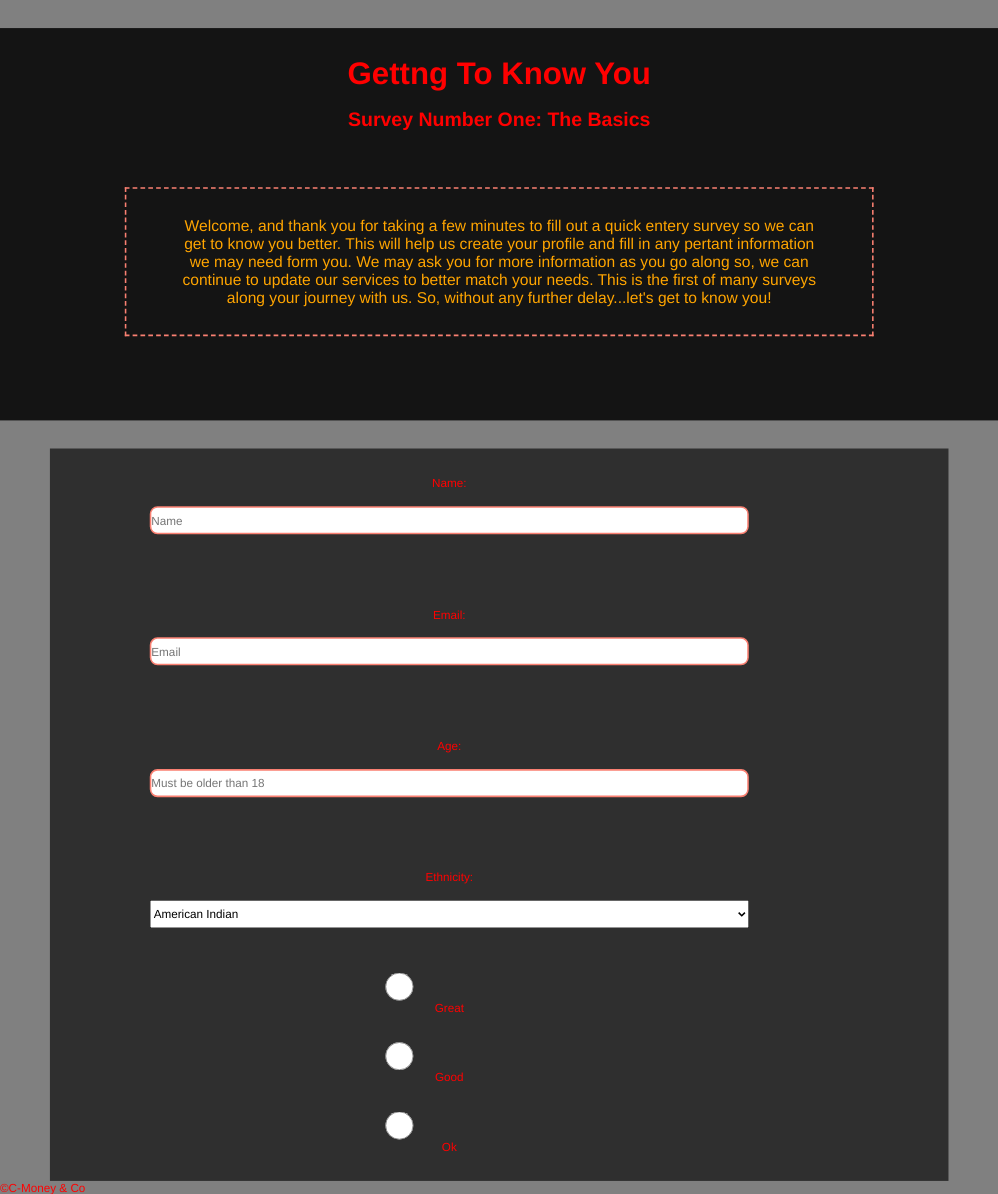
Repository: ctcoleman/surveyForm
Page: index.html
The author's editor kept a copy of each file at every save. The page is drawn from the files as they stood at one save, then again after a run of saves.
The browser window is 1280 px wide. The pictures show the whole page, at 78% of full size.

Above is the page before, as saved 2020-06-28 14:34:50.
Console error: TypeError: Cannot read properties of null (reading 'addEventListener')

### index.html
<!DOCTYPE html>
<html lang="en">

<!-- Head -->

<head>
  <meta name="description" content="Survey Form Example Project">
  <meta name="author" content="Christopher Coleman">
  <meta name="title" content="Survey Form Project">
  <meta name="keywords" content="Survey, Forms, HTML, CSS, Example, Project" <meta name="viewport"
    content="width=device-width, initial-scale=1.0">
  <meta charset="UTF-8">
  <link rel="stylesheet" type="text/css" href="/assets/stylesheets/index.css">
  <title>Survey Form Project</title>
</head>

<!-- Body -->

<body>


  <!-- Main Content-->
  <main id="main">

    <!-- Header -->
    <header id="titleHeading" class="heading">
      <h1 id="title">Gettng To Know You</h1>
      <h2>Survey Number One: The Basics</h2>
      <section class="descriptionSection">
        <p id="description">Welcome, and thank you for taking a few minutes to fill out a quick entery survey so we can get to know you better. This will help us create your profile and fill in any pertant information we may need form you. We may ask you for more information as you go along so, we can continue to update our services to better match your needs. This is the first of many surveys along your journey with us. So, without any further delay...let's get to know you!</p>
      </section>
    </header>

    <!-- Survey Form -->
    <form id="survey-form" class="formWrapper" action="#" method="post">
      <!-- Name -->
      <div class="formEntery nameEntery">
        <label for="name-label">Name:</label>
        <input type="text" id="name" name="user_name" placeholder="Name" required>
      </div>
      <!-- E-Mail -->
      <div class="formEntery emailEntery">
        <label for="email-label">Email:</label>
        <input type="email" id="email" name="user_email" placeholder="Email" required>
      </div>
      <!-- Number -->
      <div class="formEntery numberEntery">
        <label for="number-label">Age:</label>
        <input type="number" id="number" placeholder="Must be older than 18" min="18" max="150">
      </div>
      <!-- Dropdown -->
      <div id="dropDownEntery" class="formEntery">
        <label for="dropdown-label">Ethnicity:</label>
        <select type="dropdown" id="dropdown" placeholder="Select from the following" required>
          <option value="americanIndian">American Indian</option>
          <option value="asian">Asian</option>
          <option value="africanAmerican">African American</option>
          <option value="hispanic">Hispanic</option>
          <option value="pacificIslander">Pacific Islander</option>
          <option value="white">White</option>
      </div>
      <!-- Radio Buttons -->
      <div id="radioButtons" class="formEntery radioButtons">

        <input class="radio" type="radio" id="radioGreat" name="radio" value="Great">
        <label for="radioGreat">Great</label>

        <input class="radio" type="radio" id="radioGood" name="radio" value="Good">
        <label for="radioGood">Good</label>

        <input class="radio" type="radio" id="radioOk" name="radio" value="Ok">
        <label for="radioOk">Ok</label>

      </div>
    </form>

    <!-- Footer -->
    <footer>
      <p>&copy;C-Money & Co</p>
    </footer>
  </main>

  <script>
    const btn = document.querySelector('button');
    const txt = document.querySelector('p')

    btn.addEventListener('click', updateBtn);

    function updateBtn() {
      if (btn.textContent === 'I am a button') {
        btn.textContent = 'I am a new button';
        txt.textContent = 'New Lorem Ipsum';
      } else {
        btn.textContent = 'I am a button';
        txt.textContent = 'Lorem Ipsum'
      }
    }
  </script>
  <script>url('https://cdn.freecodecamp.org/testable-projects-fcc/v1/bundle.js')</script>
</body>

</html>

### assets/stylesheets/index.css
/*
=== Basic Styling ===
*/

* {
  margin: 0;
  padding: 0;
  outline: 0;
  box-sizing: border-box;
  font-size: 62.5%
}

body {
 background: grey;
 background-size: contain;
 color: red;
 -webkit-font-smoothing: antialiased;
}

body, label, select, p, a, input, button, option {
  font-size: 1.5rem;
  font-family: 'Helvetica';
}

h1 {
  font-size: 4rem;
  text-align: center;
}

h2 {
  font-size: 2.5rem;
  text-align: center;
}

button {
 cursor: pointer;
}

/*
=== Header Styling ===
*/

header {
  margin: 5vh 0;
  padding: 5vh 0;
  background: rgba(0, 0, 0, 0.849);
  width: 100vw;
}
#title {
  margin-bottom: 3vh;
}
#description {
  font-size: 2rem;
  text-align: center;
  width: 75vw;
  margin: 10vh 12.5vw;
  padding: 5vh 5vw;
  border: 2px dashed salmon;
  color: orange;
}

/*
=== Form Styling ===
*/

#survey-form {
  display: flex;
  flex-direction: column;
  align-items: flex-end;
  justify-content: space-around;
  margin: 0 5vw;
  background: rgba(0, 0, 0, 0.637);
}

.formWrapper .formEntery {
  margin: 5vh 0;
  width: 100vw;
  display: flex;
  flex-direction: column;
  align-items: center;
}

.formEntery .radio {
  font-size: 2rem;
  margin: 5vh 15vw 0;
  align-self: flex-start;
}

.formEntery input {
  width: 60vw;
  margin: 3vh 20vw;
  height: 5vh;
  border: 2px solid salmon;
  border-radius: 10px;
}

.formEntery select {
  width: 60vw;
  margin: 3vh 20vw;
  height: 5vh;
}

#drop

After the next 3 saves:
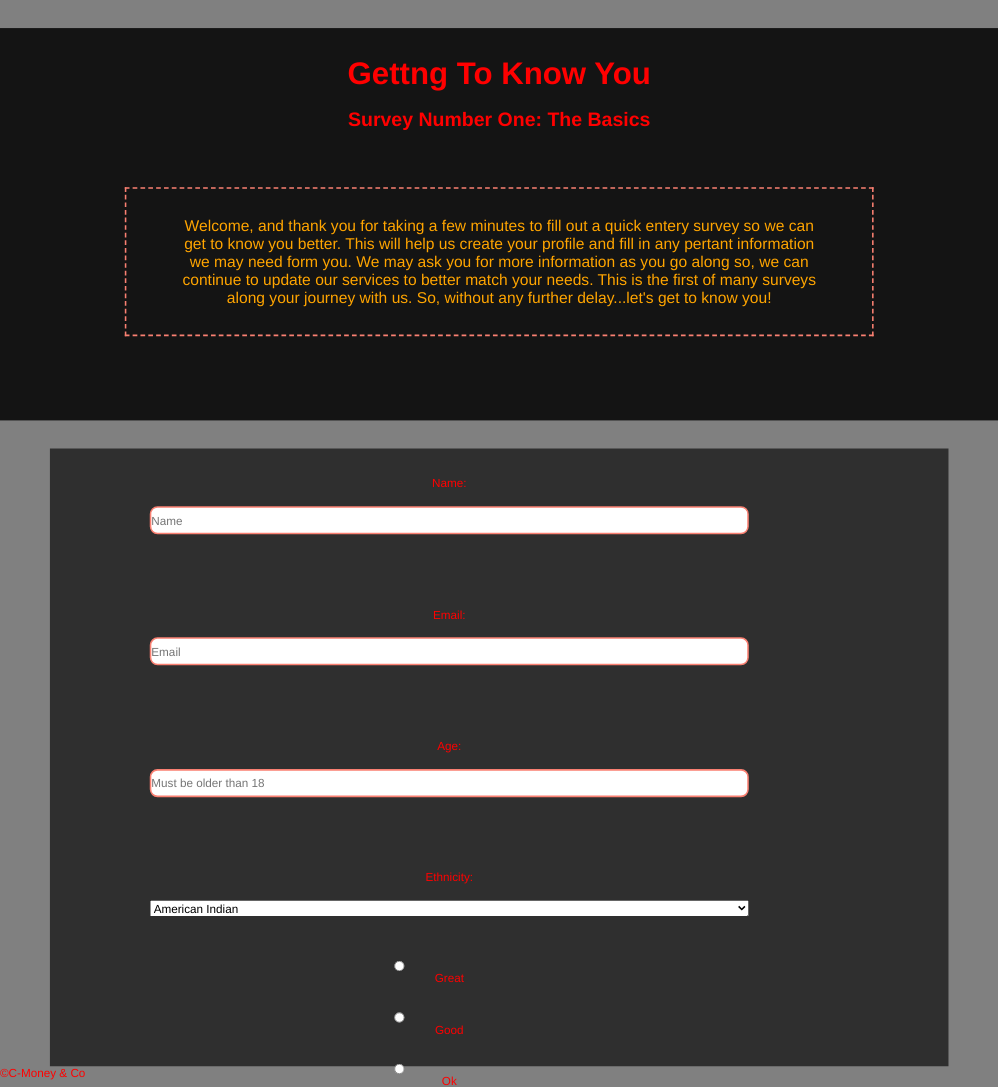
The 3 saves are shown as one change because they came seconds apart.
The last was saved 7 s later.
--- a/assets/stylesheets/index.css
+++ b/assets/stylesheets/index.css
@@ -100,4 +100,6 @@
   height: 5vh;
 }
 
-#drop
+#dropDownEntery {
+  height: 30vh;
+}

After the save that followed:
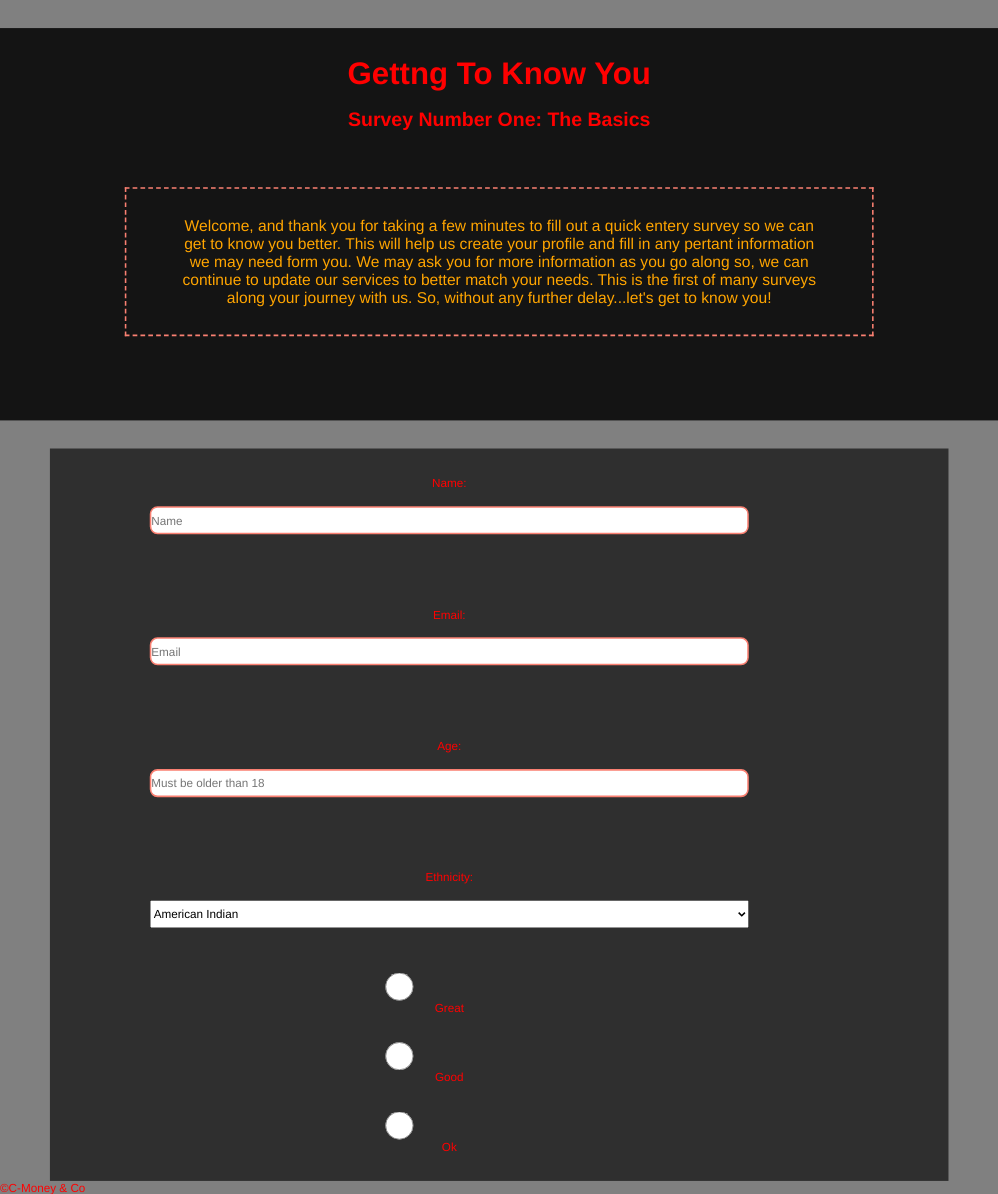
Saved 10 s later.
--- a/assets/stylesheets/index.css
+++ b/assets/stylesheets/index.css
@@ -101,5 +101,5 @@
 }
 
 #dropDownEntery {
-  height: 30vh;
+  height: 50vhvh;
 }
